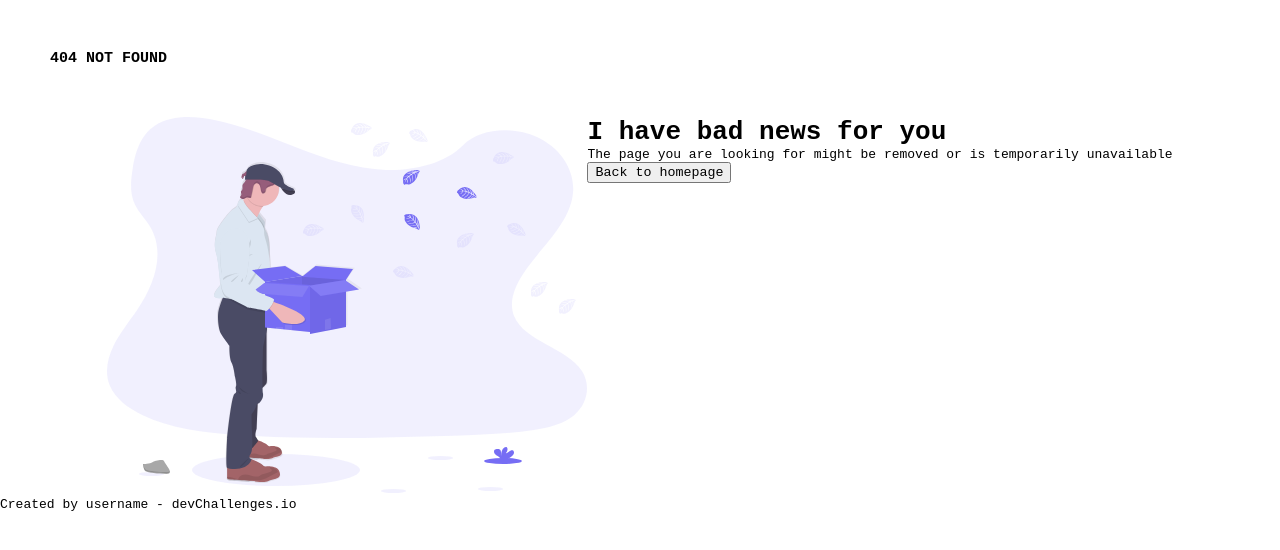
Repository: georgisenze/404-not-found-challeng
Page: index.html
These files come from the project's save history. The page is drawn as it stood at one moment and after a run of saves; the edit follows.
The browser window is 1280 px wide. The pictures show the whole page.

Above is the page before, as saved 2023-02-21 06:35:35.

After the next 4 saves:
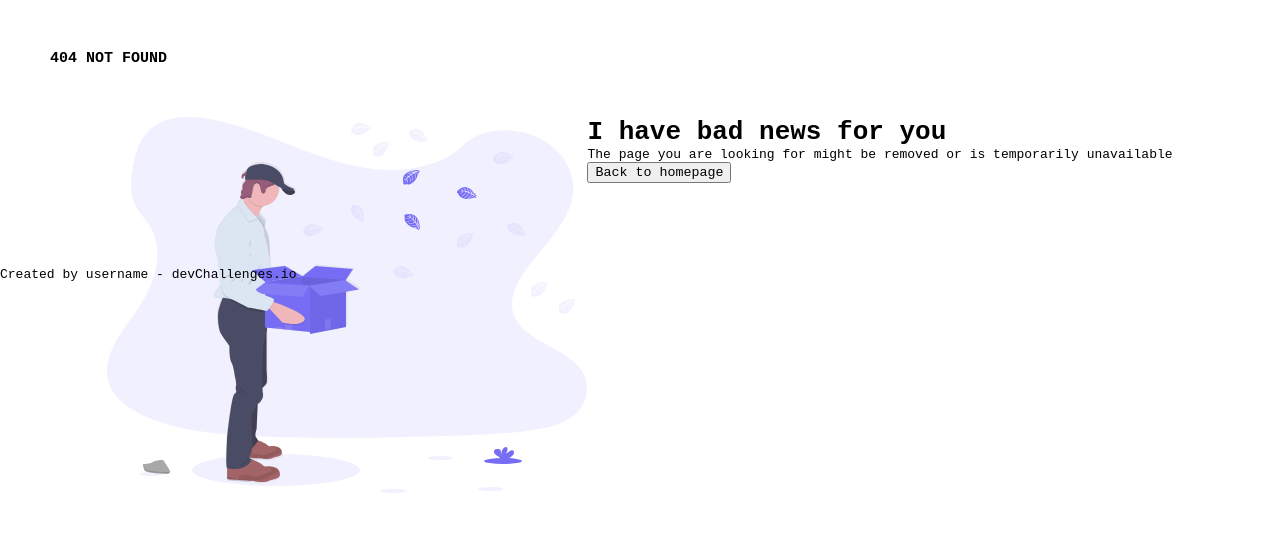
The 4 saves are shown as one change because they came seconds apart.
The last was saved 29 s later.
--- a/assets/css/style.css
+++ b/assets/css/style.css
@@ -23,4 +23,5 @@ header p {
 .row{
     display: flex;
     justify-content: space-around;
+    height: 150px;
 }
